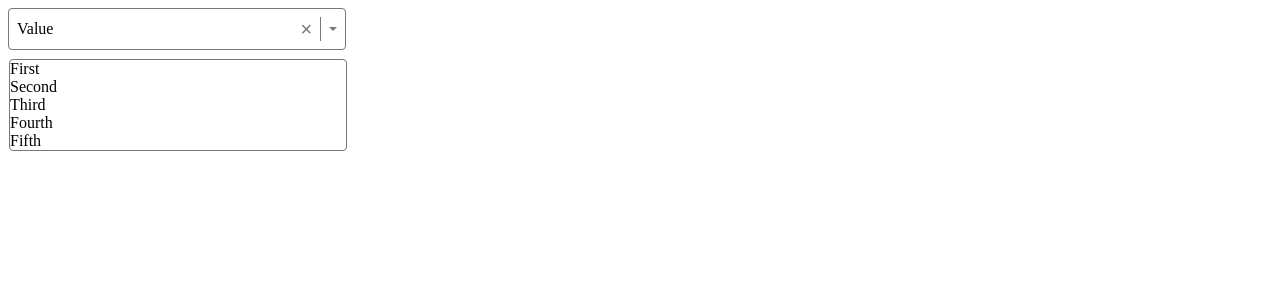
Repository: csabbah/ts-react-custom-select
Page: /
An editor plug-in stored every save of this project. The page is shown before and after the next save, followed by the edit.
The browser window is 1280 px wide. The pictures show the whole page.
The project was rebuilt for these pictures with package versions that can differ from the ones it lists, and the page was loaded fresh each time. Also part of the build but not shown: vite.config.ts.

Above is the page before, as saved 2022-12-24 12:00:37.

After the next save:
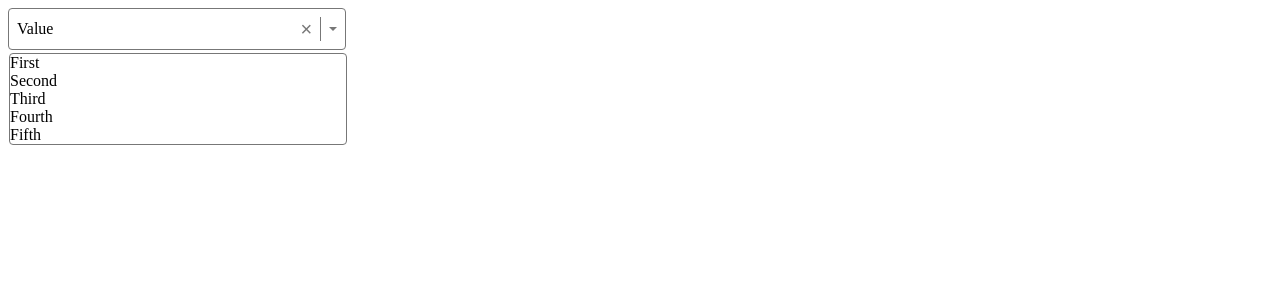
Saved 6 s later.
--- a/src/select.module.css
+++ b/src/select.module.css
@@ -60,7 +60,7 @@
   border-radius: 0.25em;
   width: 100%;
   left: 0;
-  top: 50px;
+  top: calc(100% + 0.25em);
 }
 
 .options.show {
